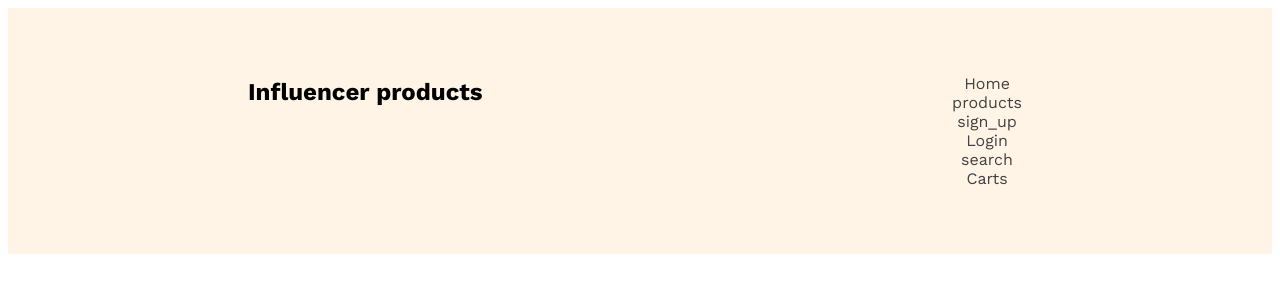
Repository: RudrasahaDibos/Camera-gear
Page: index.html
The author's editor kept a copy of each file at every save. The page is drawn from the files as they stood at one save, then again after a run of saves.
The browser window is 1280 px wide. The pictures show the whole page.

Above is the page before, as saved 2024-10-08 14:15:10.

After the next 5 saves:
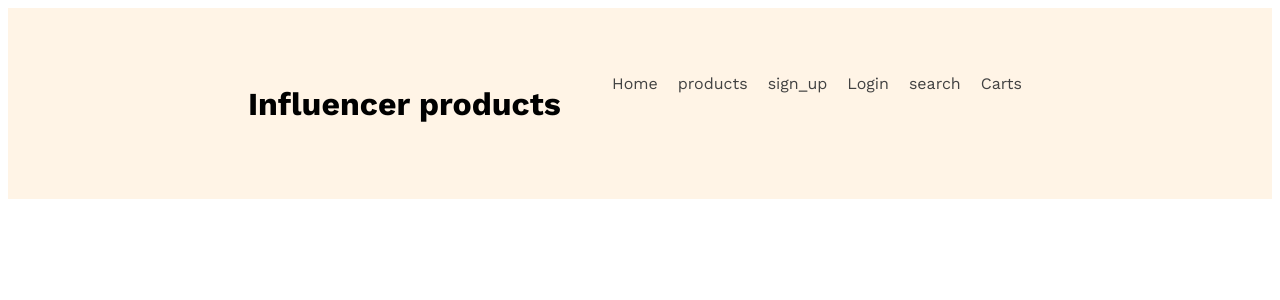
The 5 saves are shown as one change because they came seconds apart.
The last was saved 14 s later.
--- a/style.css
+++ b/style.css
@@ -21,7 +21,9 @@
     justify-content: space-between;
     text-align: center;
 }
-.
+.Influencer-header h2{
+    font-size: 2rem;
+}
 .Influencer-header-button{
     display: flex;
 
